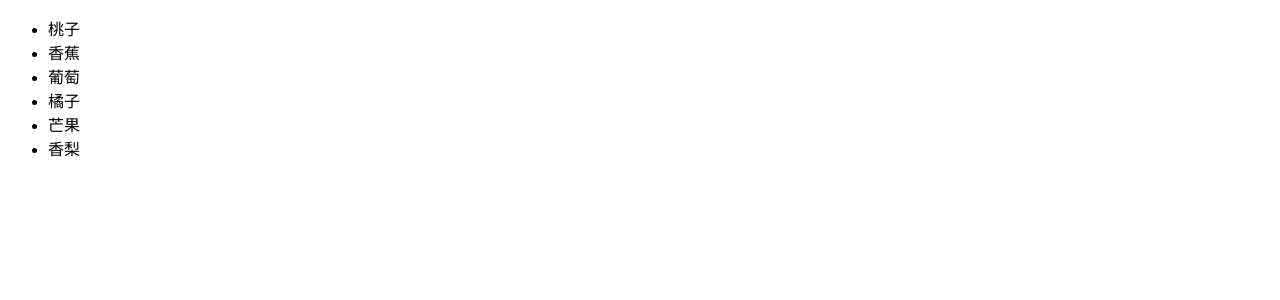
Repository: yanran12345/02-common-knowledge
Page: 02 css样式/01 sass样式.html
The author's editor kept a copy of each file at every save. The page is drawn from the files as they stood at one save, then again after the next save.
The browser window is 1280 px wide. The pictures show the whole page.

Above is the page before, as saved 2021-06-25 15:03:41.

After the next save:
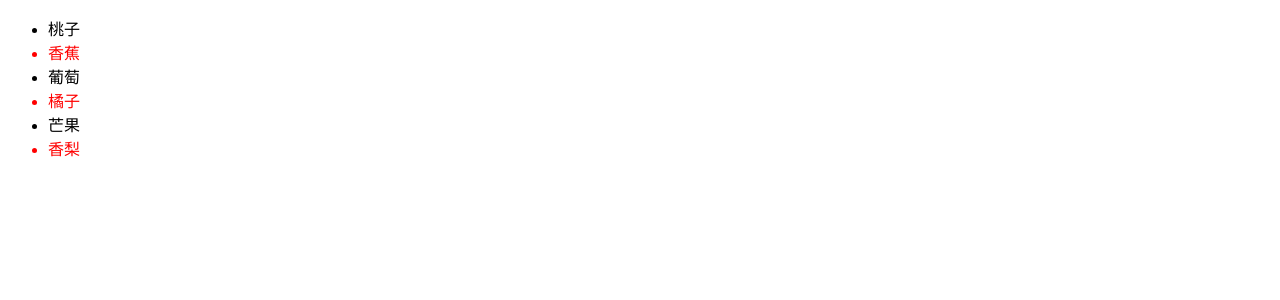
Saved 55 s later.
--- a/02 css样式/01 sass样式.html
+++ b/02 css样式/01 sass样式.html
@@ -7,7 +7,9 @@
   <title>Document</title>
 </head>
 <style>
-
+  .item:nth-child(2n) {
+    color: red;
+  }
 </style>
 <body>
   <div class="contentWrap">
